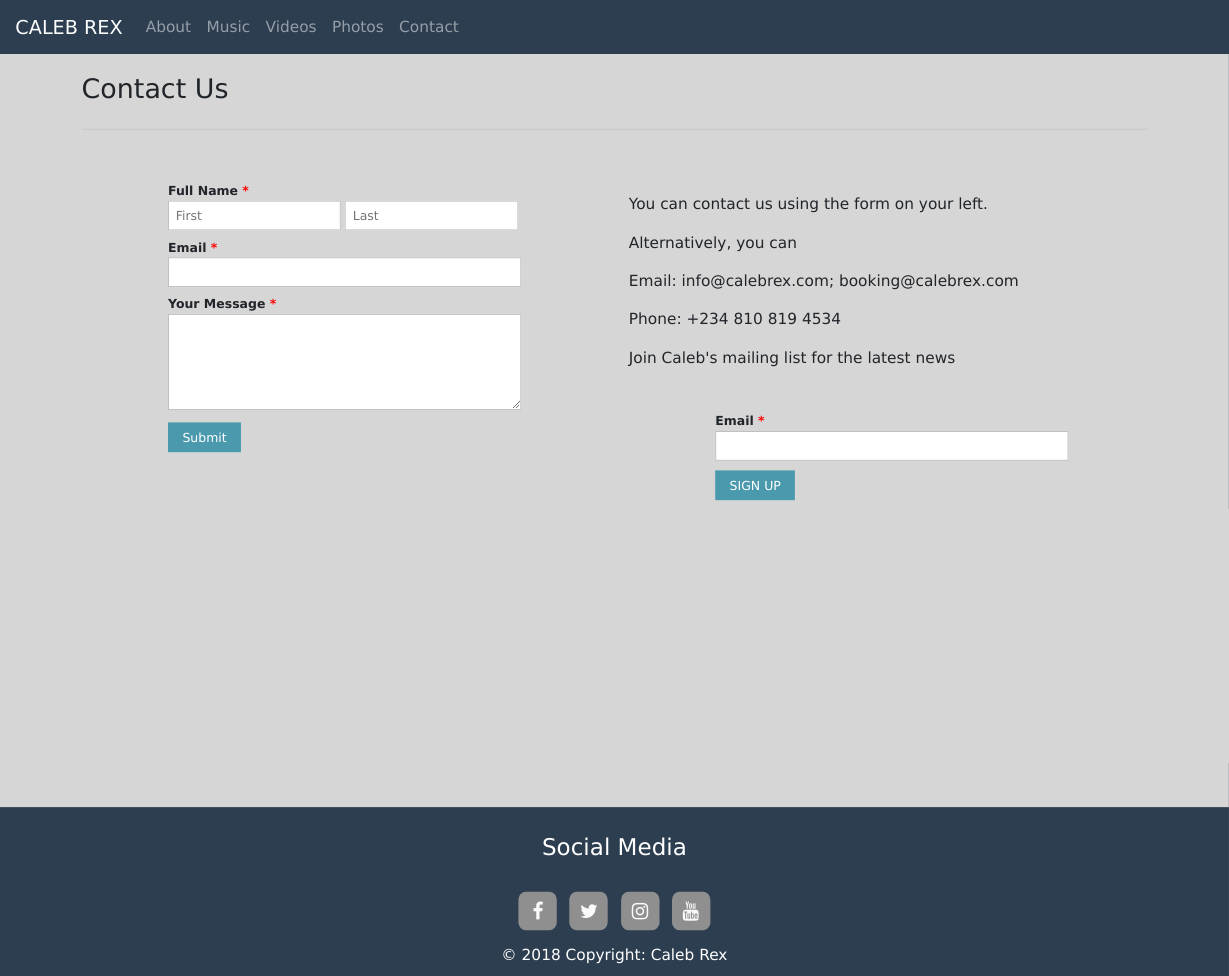
Repository: IchaTreasure/caleb-rex
Page: contact.html
The author's editor kept a record of every edit. The page is drawn from the files as they stood at one moment, then again after the next edit.
The browser window is 1280 px wide. The pictures show the whole page, at 96% of full size.
Some web libraries are served in a nearby version.

Above is the page before.

### contact.html
<!DOCTYPE html>
<html lang="en">

<head>
    <meta charset="UTF-8">
    <meta name="viewport" content="width=device-width, initial-scale=1.0">
    <meta http-equiv="X-UA-Compatible" content="ie=edge">
    <link rel="stylesheet" href="https://maxcdn.bootstrapcdn.com/bootstrap/4.1.3/css/bootstrap.min.css">
    <link rel="stylesheet" href="https://use.fontawesome.com/releases/v5.6.1/css/all.css" integrity="sha384-gfdkjb5BdAXd+lj+gudLWI+BXq4IuLW5IT+brZEZsLFm++aCMlF1V92rMkPaX4PP" crossorigin="anonymous">
    <link rel="stylesheet" href="https://stackpath.bootstrapcdn.com/bootstrap/4.3.1/css/bootstrap.min.css" type="text/css" />
    <link rel="stylesheet" href="https://stackpath.bootstrapcdn.com/font-awesome/4.7.0/css/font-awesome.min.css" type="text/css" />
    <link rel="stylesheet" href="https://cdnjs.cloudflare.com/ajax/libs/hover.css/2.3.1/css/hover-min.css" type="text/css" />
    <link href="https://fonts.googleapis.com/css?family=Roboto:400,700" rel="stylesheet">
    <link rel="stylesheet" href="css/style.css" type="text/css" />
    <title>Caleb Rex</title>
</head>

<body style="background-color: #2c3e50">
    <!-- ------------------------------------------------------------------------------------------------------Navigation Bar -->
    <nav class="navbar navbar-expand-md navbar-dark fixed-top" style="background-color: #2c3e50">
        <a class="navbar-brand" href="index.html">CALEB REX</a>
        <button class="navbar-toggler" type="button" data-toggle="collapse" data-target="#navbarsExampleDefault" aria-controls="navbarsExampleDefault" aria-expanded="false" aria-label="Toggle navigation">
    <span class="navbar-toggler-icon"></span>
  </button>

        <div class="collapse navbar-collapse" id="navbarsExampleDefault">
            <ul class="navbar-nav mr-auto">
                <li class="nav-item right" data-toggle="collapse" data-target=".navbar-collapse.show">
                    <a class="nav-link" href="about.html">About</a>
                </li>
                <li class="nav-item right" data-toggle="collapse" data-target=".navbar-collapse.show">
                    <a class="nav-link" href="music.html">Music</a>
                </li>
                <li class="nav-item right" data-toggle="collapse" data-target=".navbar-collapse.show">
                    <a class="nav-link" href="videos.html">Videos</a>
                </li>
                <li class="nav-item right" data-toggle="collapse" data-target=".navbar-collapse.show">
                    <a class="nav-link" href="photos.html">Photos</a>
                </li>
                <li class="nav-item right" data-toggle="collapse" data-target=".navbar-collapse.show">
                    <a class="nav-link" href="contact.html">Contact</a>
                </li>
            </ul>
        </div>
    </nav>

    <!-- contact section -->
    <section style="background-color: #D6D6D6">
        <!-- Page Content -->
        <div class="container" Style="padding-top: 20px">
            <div class="row">
                <h3 style="padding-left: 15px">Contact Us</h3>
            </div>
            <hr>
            <div class="row">
                <div class="col-md-6">
                    <form action="mailto:treasureicha82@gmail.com" method="post" enctype="text/plain" style="padding-bottom: 300px;">
                        <ul class="form-style-1">
                            <li>
                                <label>Full Name <span class="required">*</span></label>
                                <input type="text" name="firstname" class="field-divided" placeholder="First" />
                                <input type="text" name="lastname" class="field-divided" placeholder="Last" />
                            </li>
                            <li>
                                <label>Email <span class="required">*</span></label>
                                <input type="email" name="email" class="field-long" />
                            </li>
                            <li>
                                <label>Your Message <span class="required">*</span></label>
                                <textarea name="message" id="message" class="field-long field-textarea"></textarea>
                            </li>
                            <li>
                                <input type="submit" value="Submit" />
                            </li>
                        </ul>
                    </form>
                </div>
                <div class="col-md-6" style="padding-top: 50px">
                    <p>
                        You can contact us using the form on your left.
                    </p>
                    <p>
                        Alternatively, you can
                    </p>
                    <p>
                        Email: info@calebrex.com; booking@calebrex.com
                    </p>
                    <p>
                        Phone: +234 810 819 4534
                    </p>

                    <p>
                        Join Caleb's mailing list for the latest news
                    </p>
                    <form action="mailto:treasureicha82@gmail.com" method="post" enctype="text/plain" style="padding-bottom: 300px;">
                        <ul class="form-style-1">
                            <li>
                                <label>Email <span class="required">*</span></label>
                                <input type="email" name="email" class="field-long" />
                            </li>
                            <li>
                                <input type="submit" value="SIGN UP" />
                            </li>
                        </ul>
                    </form>
                </div>
            </div>
        </div>
    </section>

    <!-- Footer -->
    <footer class="py-1" style="background-color: #2c3e50; text-align: center;">
        <div class="container">
            <br>
            <h4 style="color: white;">Social Media</h4>
            <br>
            <ul class="list-inline social-links">
                <li class="list-inline-item">
                    <a target="_blank" href="https://www.facebook.com/caleb.rex.96"><i class = " fa fa-facebook" aria-hidden="true"></i><span class = "sr-only">Facebook</span></a>
                </li>
                <li class="list-inline-item">
                    <a target="_blank" href="https://twitter.com/calebrex01"><i class = " fa fa-twitter" aria-hidden="true"></i><span class = "sr-only">Twitter</span></a>
                </li>
                <li class="list-inline-item">
                    <a target="_blank" href="https://www.instagram.com/caleb.rex01/"><i class = " fa fa-instagram" aria-hidden="true"></i><span class = "sr-only">Instagram</span></a>
                </li>
                <li class="list-inline-item">
                    <a target="_blank" href="https://www.youtube.com/channel/UC_B7e65upco510Sio9dZJhg"><i class = " fa fa-youtube" aria-hidden="true"></i><span class = "sr-only">Youtube</span></a>
                </li>
            </ul>
        </div>
        <h6 style="text-align: center; color: white;">© 2018 Copyright: Caleb Rex</h6>
        <!-- /.container -->
    </footer>
    <!-- Bootstrap core JavaScript -->
    <script src="https://code.jquery.com/jquery-3.3.1.slim.min.js" integrity="sha384-q8i/X+965DzO0rT7abK41JStQIAqVgRVzpbzo5smXKp4YfRvH+8abtTE1Pi6jizo" crossorigin="anonymous"></script>
    <script src="https://cdnjs.cloudflare.com/ajax/libs/popper.js/1.14.7/umd/popper.min.js" integrity="sha384-UO2eT0CpHqdSJQ6hJty5KVphtPhzWj9WO1clHTMGa3JDZwrnQq4sF86dIHNDz0W1" crossorigin="anonymous"></script>
    <script src="https://stackpath.bootstrapcdn.com/bootstrap/4.3.1/js/bootstrap.min.js" integrity="sha384-JjSmVgyd0p3pXB1rRibZUAYoIIy6OrQ6VrjIEaFf/nJGzIxFDsf4x0xIM+B07jRM" crossorigin="anonymous"></script>
</body>

</html>

### css/style.css
/*---------------------------- css for body */
body {
  font-family: 'Lucida Grande', sans-serif;
  padding-top: 56px;
}

nav li a:hover {
  background: black;
}

nav a:hover {
  background: black;
}

/*----------------------------------------- Modal Styling */
.modal-body{
    color: #615650;
    text-align: center;
}

.modal-content{
    background-color: #dbc7bd;
    padding: 20px;
}

.img-hover:hover{
    cursor: pointer;
    opacity: 0.6;
    transition: all 0.35s ease-in-out;
    -moz-transition: all 0.35s ease-in-out;
    -webkit-transition: all 0.35s ease-in-out;
    -o-transition: all 0.35s ease-in-out;
}

/*---------------------------- css for contact form*/
.form-style-1 {
	margin:10px auto;
	max-width: 400px;
	padding: 20px 12px 10px 20px;
	font: 13px "Lucida Sans Unicode", "Lucida Grande", sans-serif;
}
.form-style-1 li {
	padding: 0;
	display: block;
	list-style: none;
	margin: 10px 0 0 0;
}
.form-style-1 label{
	margin:0 0 3px 0;
	padding:0px;
	display:block;
	font-weight: bold;
}
.form-style-1 input[type=text],
.form-style-1 input[type=date],
.form-style-1 input[type=datetime],
.form-style-1 input[type=number],
.form-style-1 input[type=search],
.form-style-1 input[type=time],
.form-style-1 input[type=url],
.form-style-1 input[type=email],
textarea,
select{
	box-sizing: border-box;
	-webkit-box-sizing: border-box;
	-moz-box-sizing: border-box;
	border:1px solid #BEBEBE;
	padding: 7px;
	margin:0px;
	-webkit-transition: all 0.30s ease-in-out;
	-moz-transition: all 0.30s ease-in-out;
	-ms-transition: all 0.30s ease-in-out;
	-o-transition: all 0.30s ease-in-out;
	outline: none;
}

.form-style-1 input[type=text]:focus,
.form-style-1 input[type=date]:focus,
.form-style-1 input[type=datetime]:focus,
.form-style-1 input[type=number]:focus,
.form-style-1 input[type=search]:focus,
.form-style-1 input[type=time]:focus,
.form-style-1 input[type=url]:focus,
.form-style-1 input[type=email]:focus,
.form-style-1 textarea:focus,
.form-style-1 select:focus{
	-moz-box-shadow: 0 0 8px #88D5E9;
	-webkit-box-shadow: 0 0 8px #88D5E9;
	box-shadow: 0 0 8px #88D5E9;
	border: 1px solid #88D5E9;
}

.form-style-1 .field-divided{
	width: 49%;
}

.form-style-1 .field-long{
	width: 100%;
}
.form-style-1 .field-select{
	width: 100%;
}
.form-style-1 .field-textarea{
	height: 100px;
}
.form-style-1 input[type=submit], .form-style-1 input[type=button]{
	background: #4B99AD;
	padding: 8px 15px 8px 15px;
	border: none;
	color: #fff;
}

.form-style-1 input[type=submit]:hover, .form-style-1 input[type=button]:hover{
	background: #4691A4;
	box-shadow:none;
	-moz-box-shadow:none;
	-webkit-box-shadow:none;
}

.form-style-1 .required{
	color:red;
}

/*---------------------------- css for footer*/
footer {
  background-color: #7D0D11;
  color: black;
}

.social-links li a i {
  width: 40px;
  height: 40px;
  padding: 10px;
  border-radius: 20%;
  font-size: 20px;
  line-height: 20px;
  text-align: center;
  color: #fafafa;
  background: #8f8f8f;
  transition: all 0.35s ease-in-out;
  -moz-transition: all 0.35s ease-in-out;
  -webkit-transition: all 0.35s ease-in-out;
  -o-transition: all 0.35s ease-in-out;
}

.social-links li a i:hover {
  background: black;
}

After the next edit:
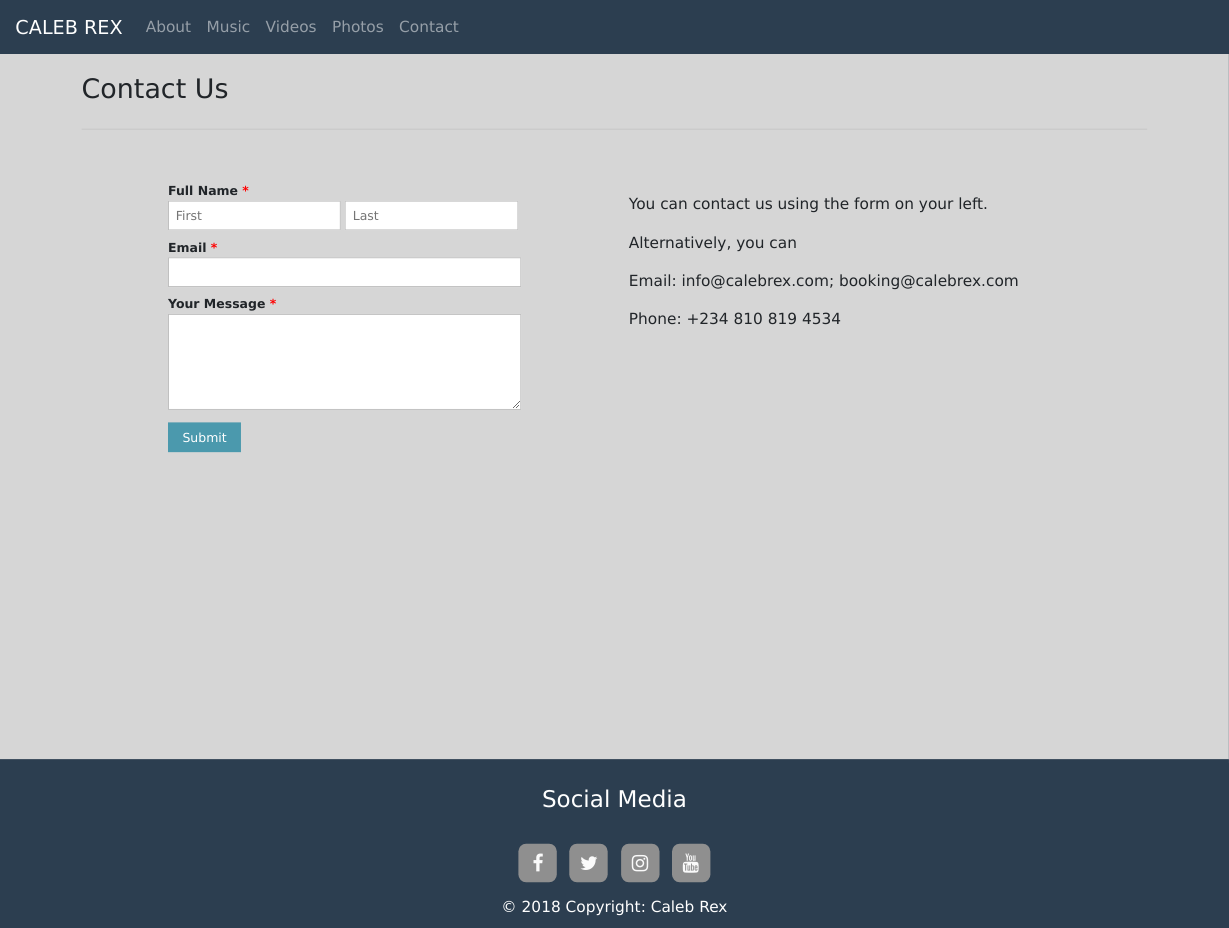
The edit:
--- a/contact.html
+++ b/contact.html
@@ -88,21 +88,6 @@
                     <p>
                         Phone: +234 810 819 4534
                     </p>
-
-                    <p>
-                        Join Caleb's mailing list for the latest news
-                    </p>
-                    <form action="mailto:treasureicha82@gmail.com" method="post" enctype="text/plain" style="padding-bottom: 300px;">
-                        <ul class="form-style-1">
-                            <li>
-                                <label>Email <span class="required">*</span></label>
-                                <input type="email" name="email" class="field-long" />
-                            </li>
-                            <li>
-                                <input type="submit" value="SIGN UP" />
-                            </li>
-                        </ul>
-                    </form>
                 </div>
             </div>
         </div>
